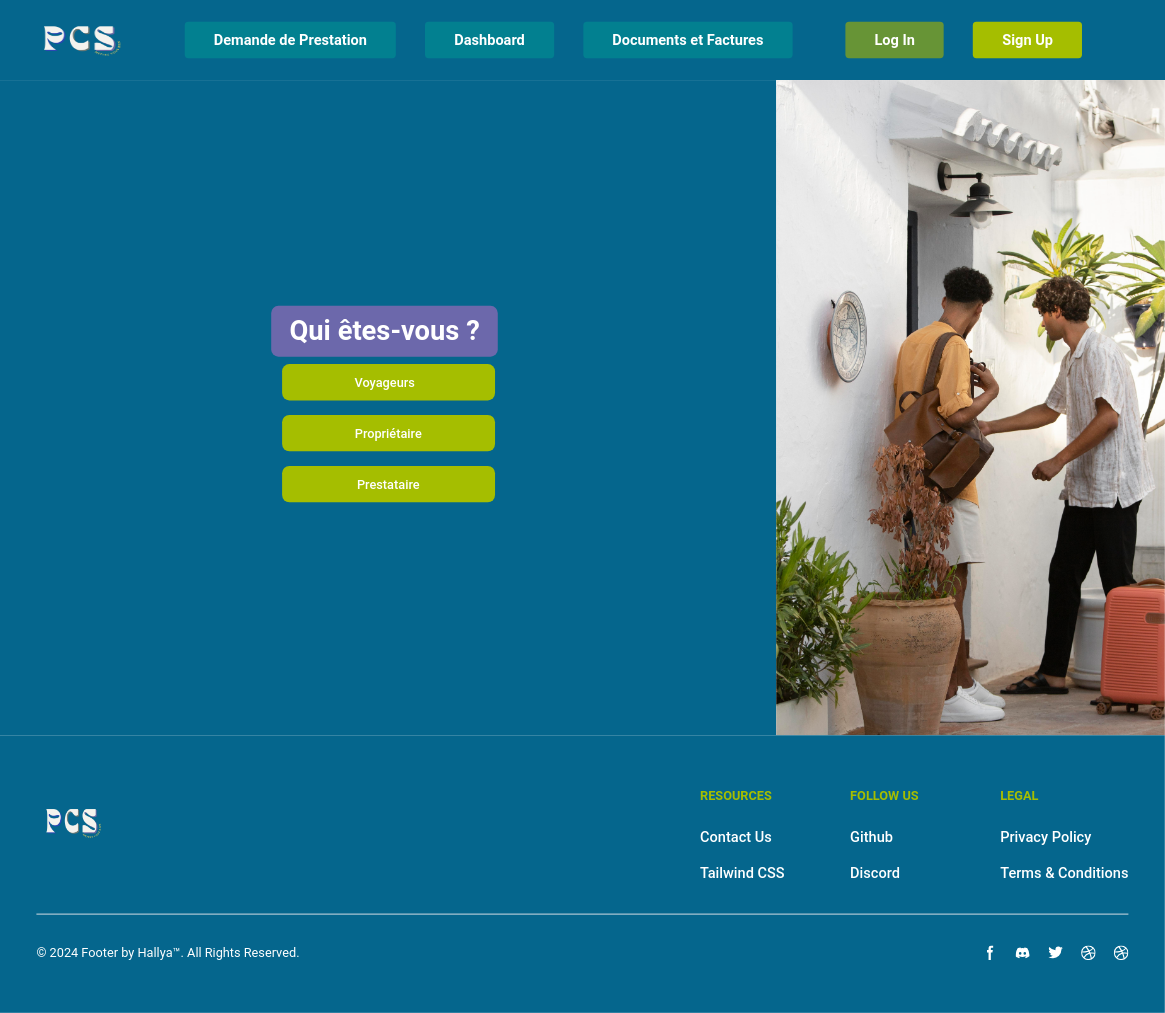
Repository: HATTOUNGBRE/ProjetAnnuel2
Page: /components/catUser (app in FRONT/)
These files come from the project's save history. The page is drawn as it stood at one moment and after the next save; the edit follows.
The browser window is 1280 px wide. The pictures show the whole page, at 91% of full size.
The project was rebuilt for these pictures with package versions that can differ from the ones it lists, and the page was loaded fresh each time. Also part of the build but not shown: FRONT/vite.config.js, FRONT/src/components/PropertySliderSection.jsx, FRONT/src/components/PropertyDetails.jsx, FRONT/src/components/PropertyRow.jsx, FRONT/src/components/Main.jsx, FRONT/src/components/Contact.jsx, FRONT/src/components/Login.jsx, FRONT/src/components/prestataire/PrestataireType.jsx and 18 more.

Above is the page before, as saved 2024-07-03 14:04:48.

After the next save:
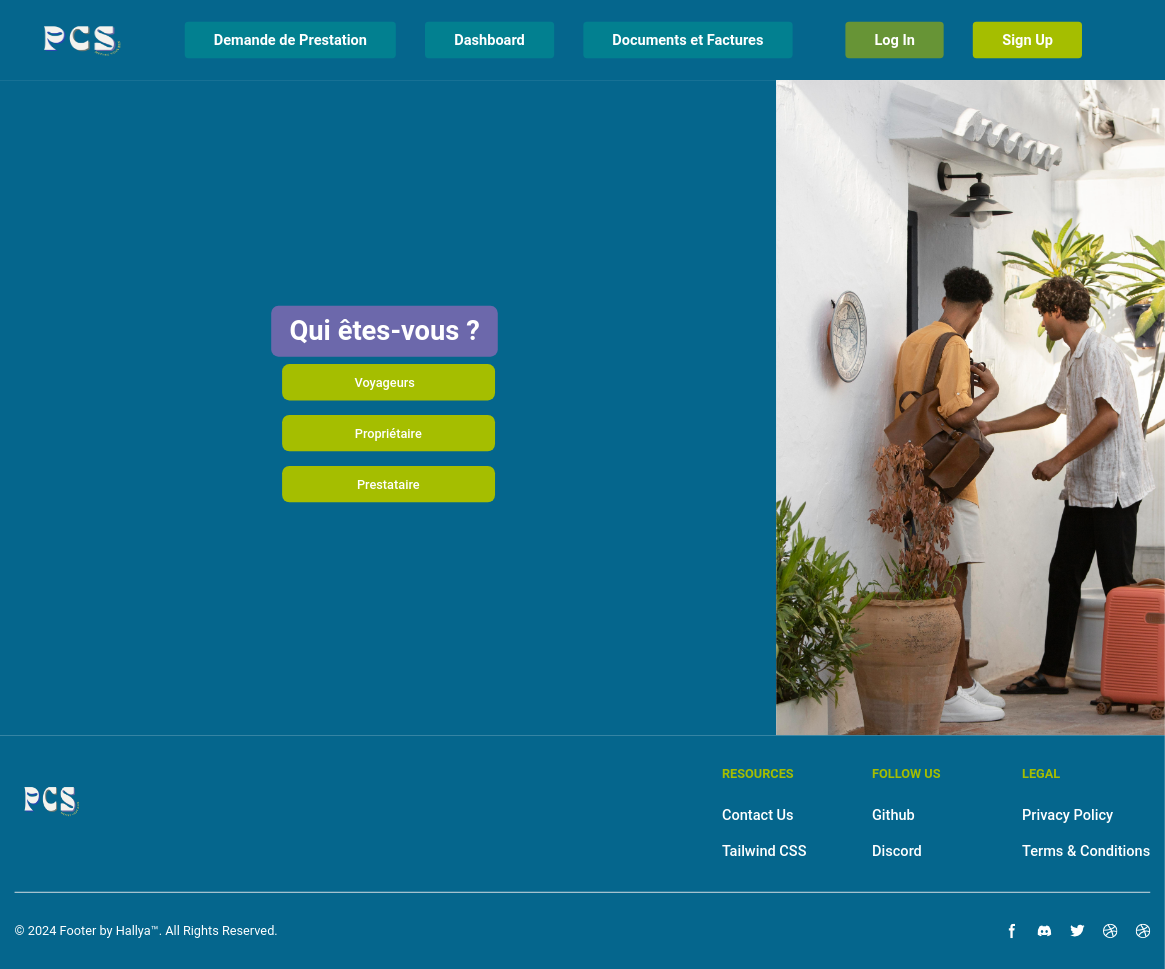
Saved 59 s later.
--- a/FRONT/src/App.css
+++ b/FRONT/src/App.css
@@ -57,7 +57,6 @@ html, body {
 
 footer {
   flex-shrink: 0;
-  padding: 24px;
 
   width: 100%;
 
